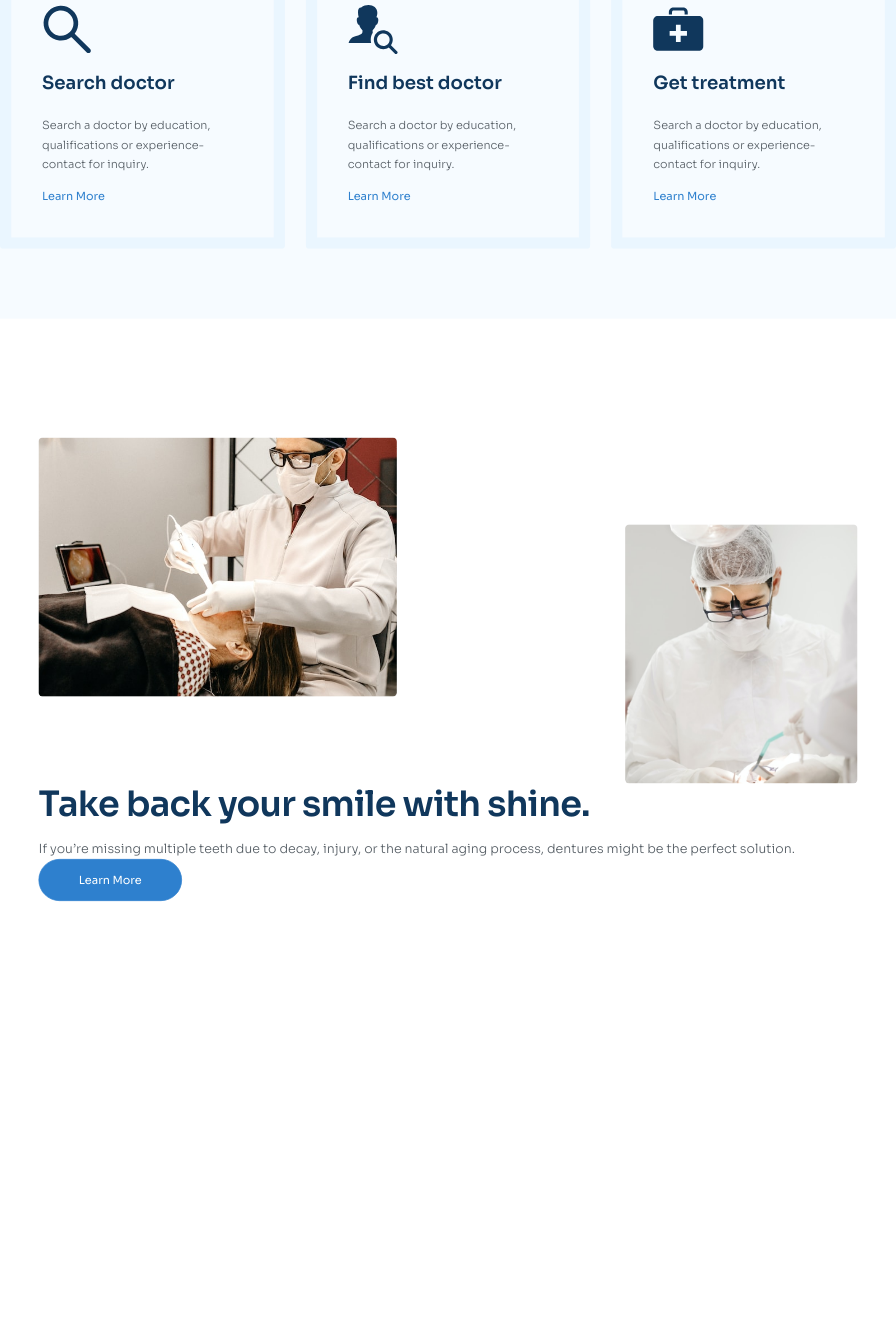
Repository: dongnguyen2112/htmlcss-project-03
Page: index.html
The author's editor kept a copy of each file at every save. The page is drawn from the files as they stood at one save, then again after a run of saves.
The browser window is 1280 px wide. The pictures show the part of the page from y = 2203 to 4123 px (the page is 5720 px tall), at 70% of full size.

Above is the page before, as saved 2023-08-02 20:58:52.

After the next 4 saves:
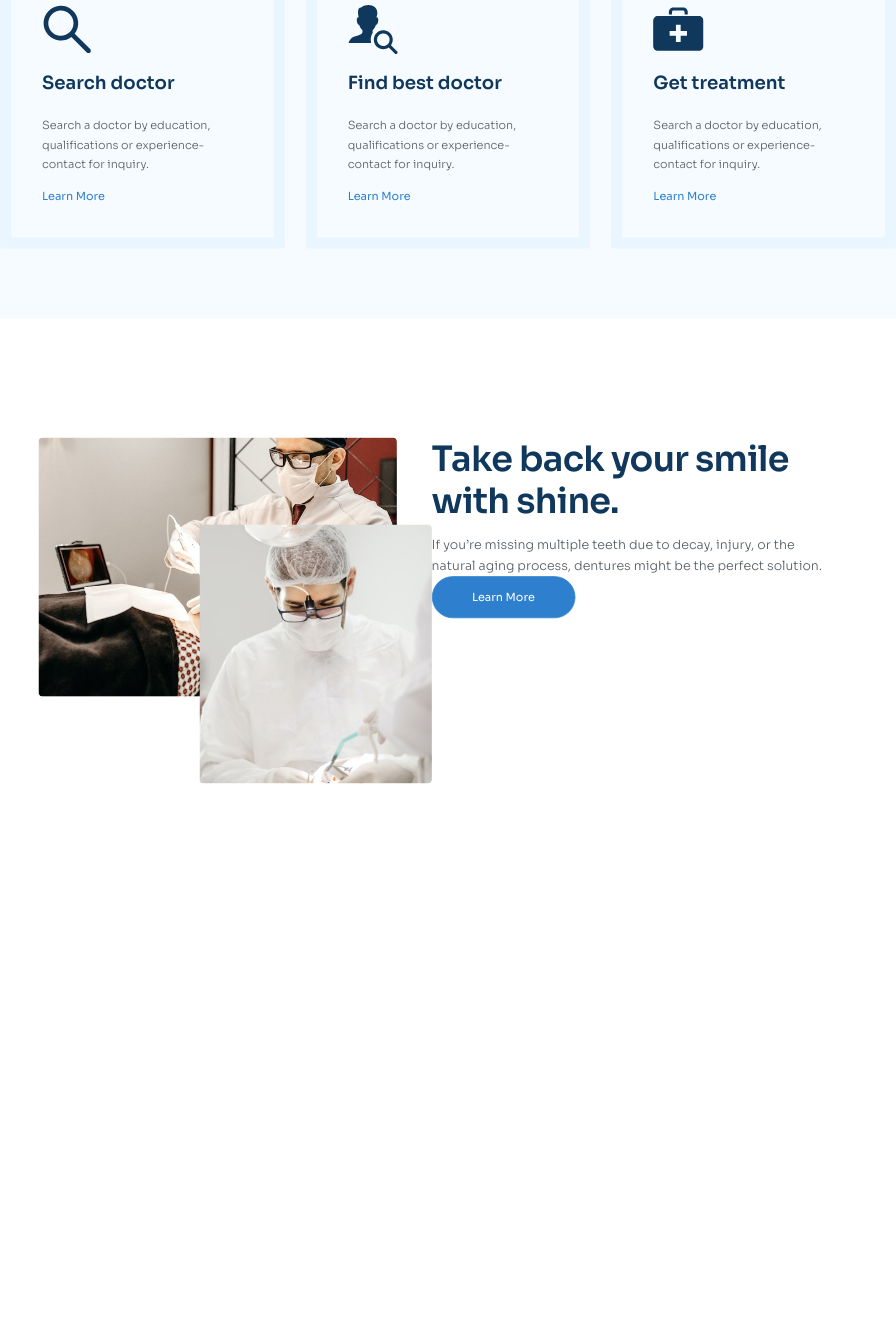
The 4 saves are shown as one change because they came seconds apart.
The last was saved 13 s later.
--- a/assets/css/styles.css
+++ b/assets/css/styles.css
@@ -329,7 +329,9 @@
     margin-top: 85px;
     padding: 85px 0;
 }
-.featuea
+.feature__inner{
+    display: flex;
+}
 .feature__media {
     width: 48%;
 }
